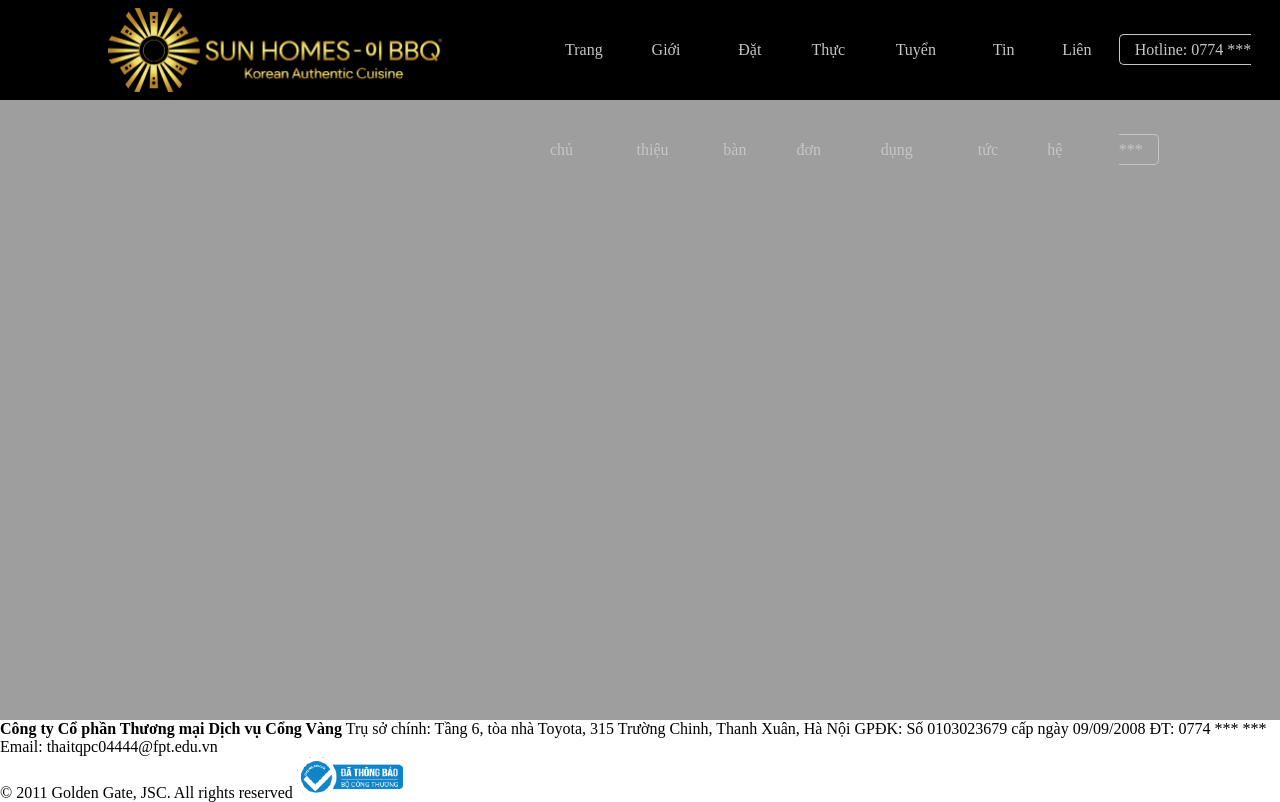
Repository: QUANGTHAI2003/sunhomesbbq
Page: index.html
These files come from the project's save history. The page is drawn as it stood at one moment and after the next save; the edit follows.
The browser window is 1280 px wide. The pictures show the whole page.

Above is the page before, as saved 2022-02-12 21:34:51.

After the next save:
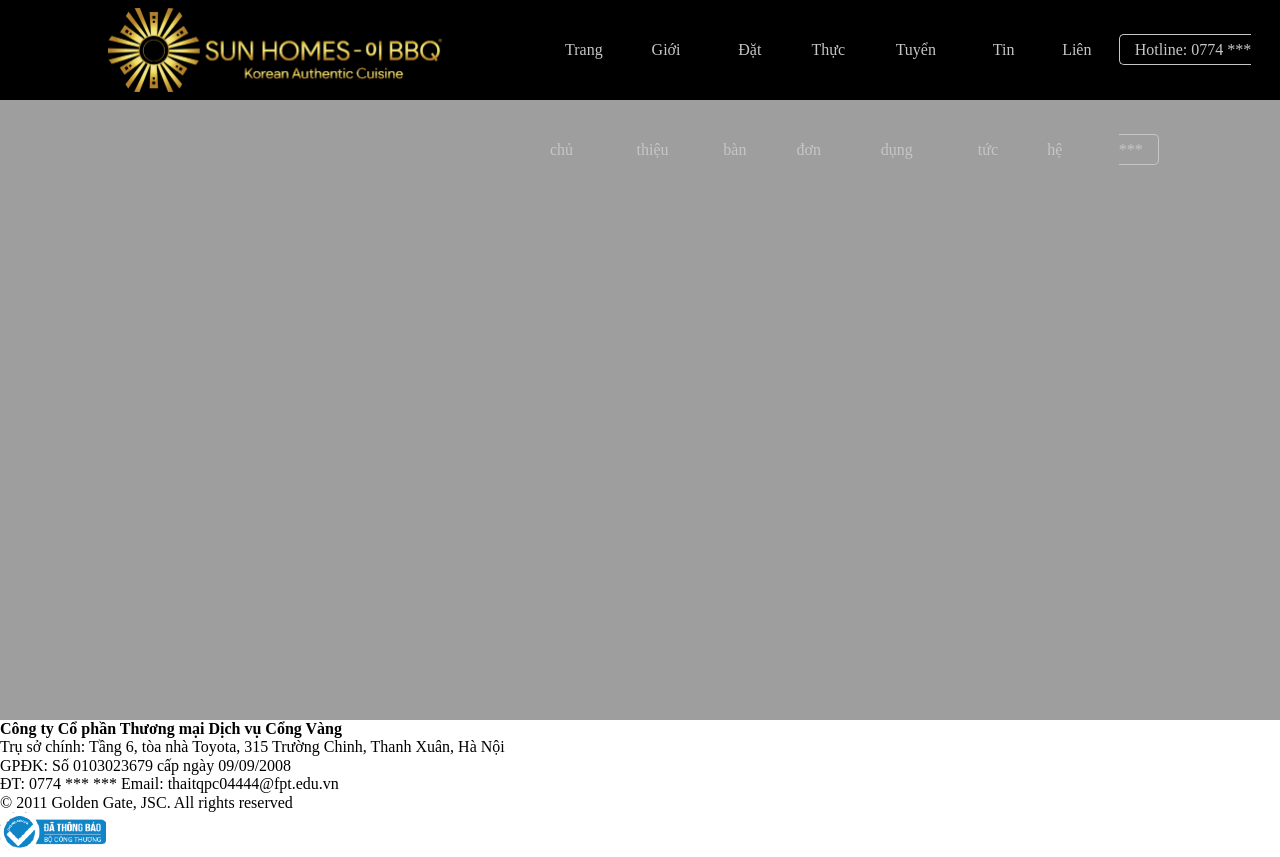
Saved 42 s later.
--- a/index.html
+++ b/index.html
@@ -33,13 +33,13 @@
 
             <div class="footer">
                 <div class="address">
-                    <b>Công ty Cổ phần Thương mại Dịch vụ Cổng Vàng</b>
-                    Trụ sở chính: Tầng 6, tòa nhà Toyota, 315 Trường Chinh, Thanh Xuân, Hà Nội
-                    GPĐK: Số 0103023679 cấp ngày 09/09/2008
-                    ĐT: 0774 *** *** Email: thaitqpc04444@fpt.edu.vn
+                    <b>Công ty Cổ phần Thương mại Dịch vụ Cổng Vàng</b> <br>
+                    Trụ sở chính: Tầng 6, tòa nhà Toyota, 315 Trường Chinh, Thanh Xuân, Hà Nội <br>
+                    GPĐK: Số 0103023679 cấp ngày 09/09/2008 <br>
+                    ĐT: 0774 *** *** Email: thaitqpc04444@fpt.edu.vn <br>
                 </div>
                 <div class="logo-footer">
-                    © 2011 Golden Gate, JSC. All rights reserved
+                    © 2011 Golden Gate, JSC. All rights reserved <br>
                     <img src="img/logo.png" alt="">
                 </div>
             </div>
